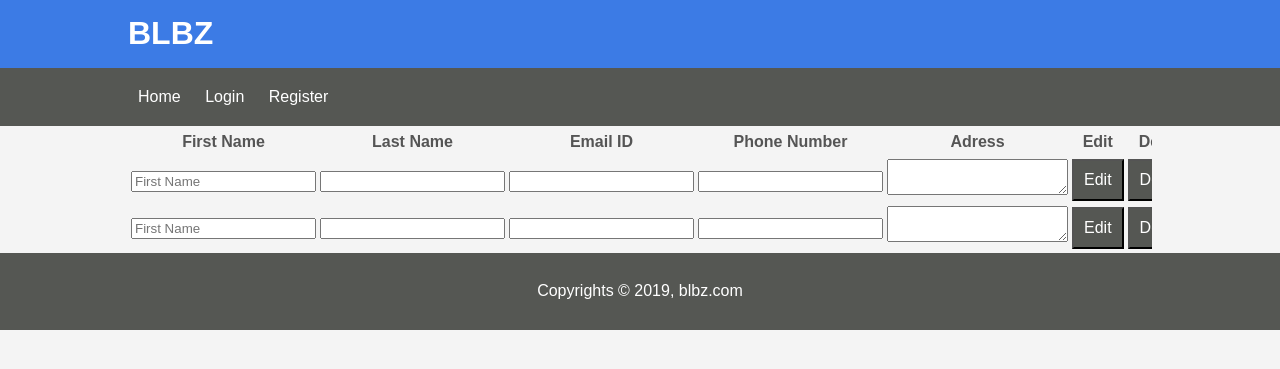
Repository: Kutty39/WebApps
Page: http://localhost/WebPageApp1/editpage.jsp
These files come from the project's save history. The page is drawn as it stood at one moment and after the next save; the edit follows.
The browser window is 1280 px wide. The pictures show the whole page.
The page is served by Tomcat 9.

Above is the page before, as saved 2019-12-09 13:49:51.

After the next save:
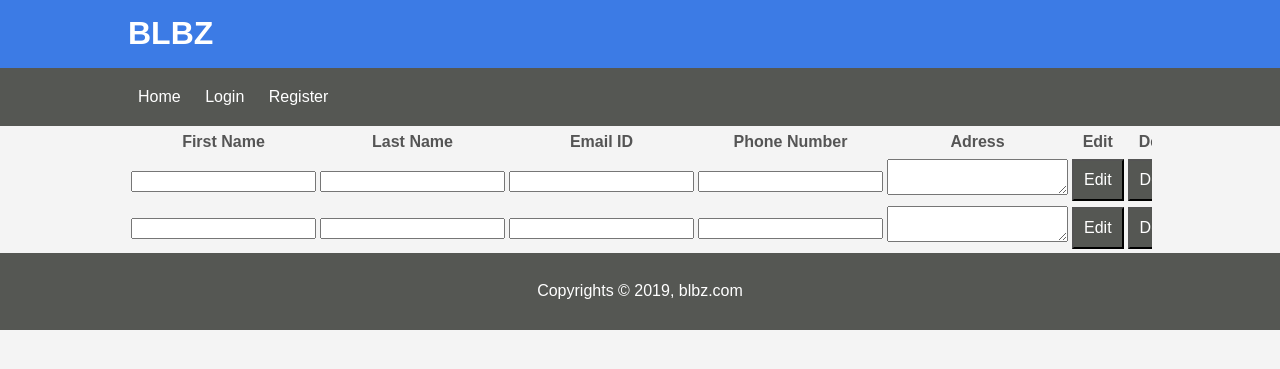
Saved 18 s later.
--- a/LoginRegistrationPage/WebPageApp1/src/main/webapp/editpage.jsp
+++ b/LoginRegistrationPage/WebPageApp1/src/main/webapp/editpage.jsp
@@ -41,7 +41,7 @@ pageEncoding="UTF-8"%>
 				</tr>
 				<tr>
 					<td><input class="tr-1 td-1" type="text" name="fname"
-						placeholder="First Name" required="required"></td>
+						required="required"></td>
 					<td><input class="tr-1 td-2" type="text" name="lname"
 						required="required"></td>
 					<td>
@@ -61,7 +61,7 @@ pageEncoding="UTF-8"%>
 				</tr>
 				<tr>
 					<td><input class="tr-1 td-1" type="text" name="fname"
-						placeholder="First Name" required="required"></td>
+						required="required"></td>
 					<td><input class="tr-1 td-2" type="text" name="lname"
 						required="required"></td>
 					<td>
